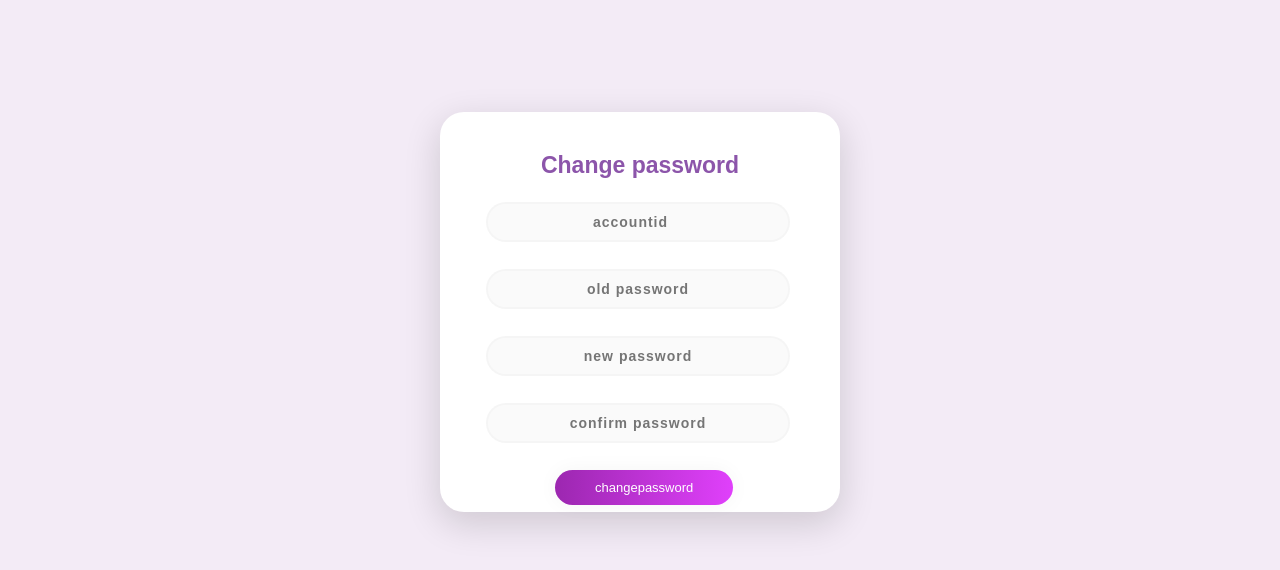
Repository: anujs099/bankingapp
Page: banking-application-final/WebContent/changepassword.html
An editor plug-in stored every save of this project. The page is shown before and after the next save, followed by the edit.
The browser window is 1280 px wide. The pictures show the whole page.

Above is the page before, as saved 2021-03-07 15:06:33.

After the next save:
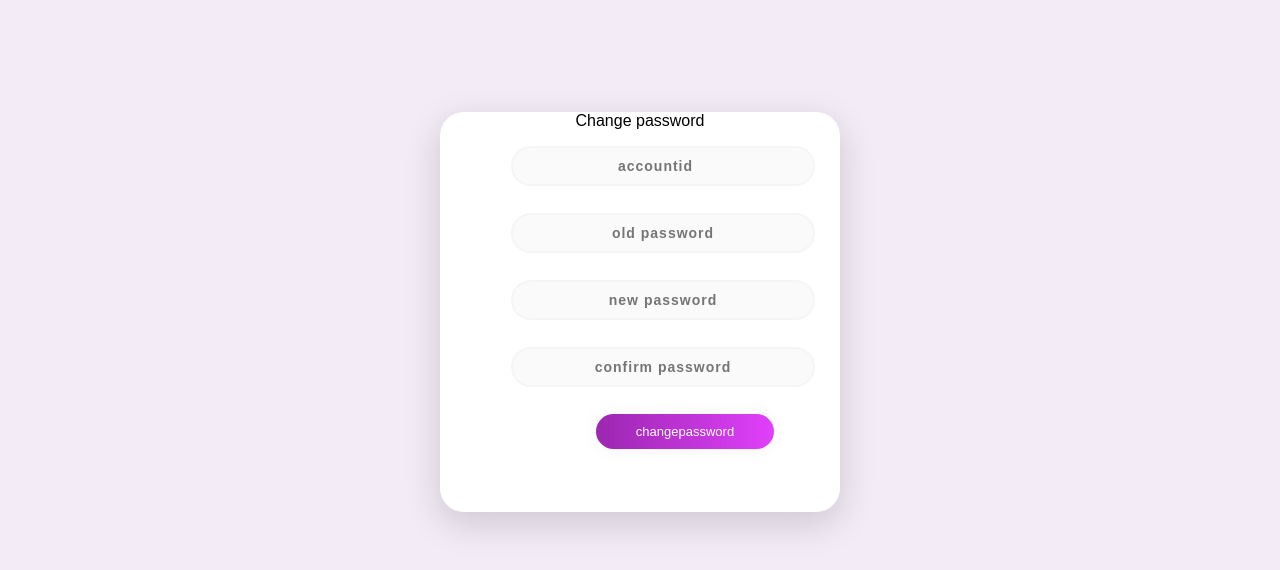
Saved 55 s later.
--- a/banking-application-final/WebContent/changepassword.html
+++ b/banking-application-final/WebContent/changepassword.html
@@ -6,7 +6,8 @@
 <link rel="stylesheet" href="LoginFile.css">
 </head>
 <body>
-<div class="main">
+<div class="main" style="width: 400px;
+        height: 700px>
 <p class="sign" align="center">Change password</p>
 
 <form action="changepassword" method="post">
